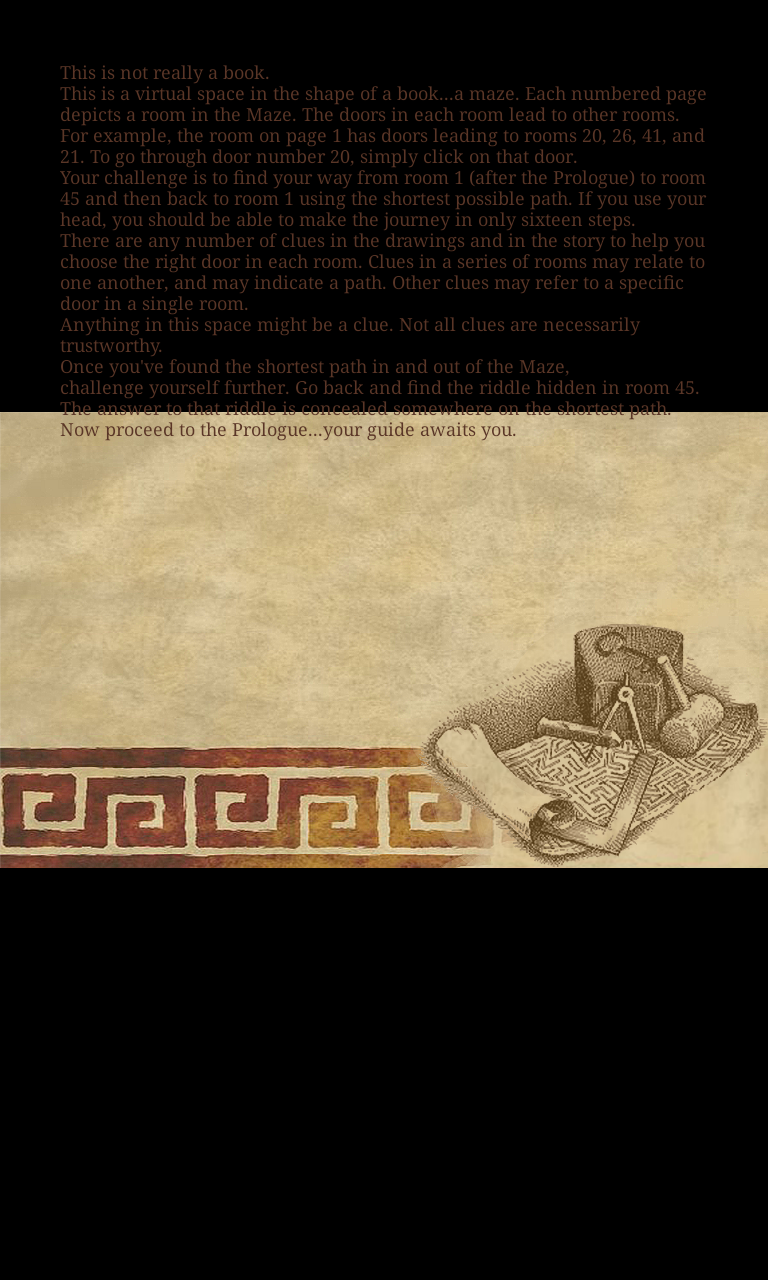
Repository: RandyLedbetter/maze
Layout: MazeTest/res/layout/activity_directions.xml
An editor plug-in stored every save of this project. The layout is shown before and after the next save, followed by the edit.
It is drawn on a 768 x 1280 px phone screen (xhdpi) without system bars, with theme android:Theme.NoTitleBar.Fullscreen; the app's code is not run.

Above is the layout before, as saved 2014-04-25 01:37:05.

### MazeTest/res/layout/activity_directions.xml
<FrameLayout xmlns:android="http://schemas.android.com/apk/res/android"
     xmlns:tools="http://schemas.android.com/tools"
	 android:id="@+id/directions_frame"
	 android:layout_width="fill_parent"
	 android:layout_height="fill_parent"
	 android:background="@color/background" >
	<ImageView
	 android:id="@+id/maze_info_background"
	 android:layout_width="fill_parent"
	 android:layout_height="fill_parent"
	 android:scaleType="fitCenter"
	 android:contentDescription="@string/directions_description"
	 android:src="@drawable/maze_info_background"
	 />

 	<TextView
 	    android:layout_width="wrap_content"
 	    android:layout_height="wrap_content"
 	    android:padding="10dp"
 	    android:paddingBottom="0dp"
 	    android:layout_margin="20dp"
 	    android:text="@string/directions"
 	    android:textColor="#5A3627"
 	    android:textSize="@dimen/directions_text_size"
 	    android:typeface="serif" />

</FrameLayout>

### MazeTest/res/values/values.xml
<?xml version="1.0" encoding="utf-8"?>
<resources>
    <color name="background">#000000</color>

</resources>

### MazeTest/res/values/strings.xml
<?xml version="1.0" encoding="utf-8"?>
<resources>

    <string name="app_name">MazeTest</string>
    <string name="action_settings">Settings</string>
    <string name="desc">Room Image</string>
    <string name="captions">Captions are not working if you see this string of text.</string>
    <string name="options_menu">Options</string>
    <string name="ok">OK</string>
    <string name="cancel">Cancel</string>
    <string name="author">Author: Christopher Manson</string>
    <string name="publisher">Publisher: Henry Holt and Company - 1985</string>
    <string name="developer1">Randy Ledbetter</string>
    <string name="developer2">Taylor Carrington</string>
    <string name="developer3">Jayd Saucedo</string>
    <string name="developers">Developers:</string>
    <string name="directions">This is not really a book.\nThis is a virtual space in the shape of a book...a maze. Each numbered page depicts a room in the Maze. The doors in each room lead to other rooms. For example, the room on page 1 has doors leading to rooms 20, 26, 41, and 21. To go through door number 20, simply click on that door.\nYour challenge is to find your way from room 1 (after the Prologue) to room 45 and then back to room 1 using the shortest possible path. If you use your head, you should be able to make the journey in only sixteen steps.\nThere are any number of clues in the drawings and in the story to help you choose the right door in each room. Clues in a series of rooms may relate to one another, and may indicate a path. Other clues may refer to a specific door in a single room.\nAnything in this space might be a clue. Not all clues are necessarily trustworthy.\nOnce you\'ve found the shortest path in and out of the Maze,\nchallenge yourself further. Go back and find the riddle hidden in room 45.\nThe answer to that riddle is concealed somewhere on the shortest path.\nNow proceed to the Prologue...your guide awaits you.\n</string>
    <string name="directions_description">This view contains directions for how to win MAZE</string>

</resources>

### MazeTest/res/values/dimens.xml
<resources>

    <!-- Default screen margins, per the Android Design guidelines. -->
    <dimen name="activity_horizontal_margin">16dp</dimen>
    <dimen name="activity_vertical_margin">16dp</dimen>
    <dimen name="font_size">12sp</dimen>
    <dimen name="captions_left_margin">140dp</dimen>
    <dimen name="captions_right_margin">50dp</dimen>
    <dimen name="captions_bottom_margin">30dp</dimen>
    <dimen name="captions_height">55dp</dimen>
    <dimen name="dashboard_btn_padding_right">40dp</dimen>
    <dimen name="dashboard_btn_text_size">18sp</dimen>
    <dimen name="directions_text_size">9sp</dimen>

</resources>

After the next save:
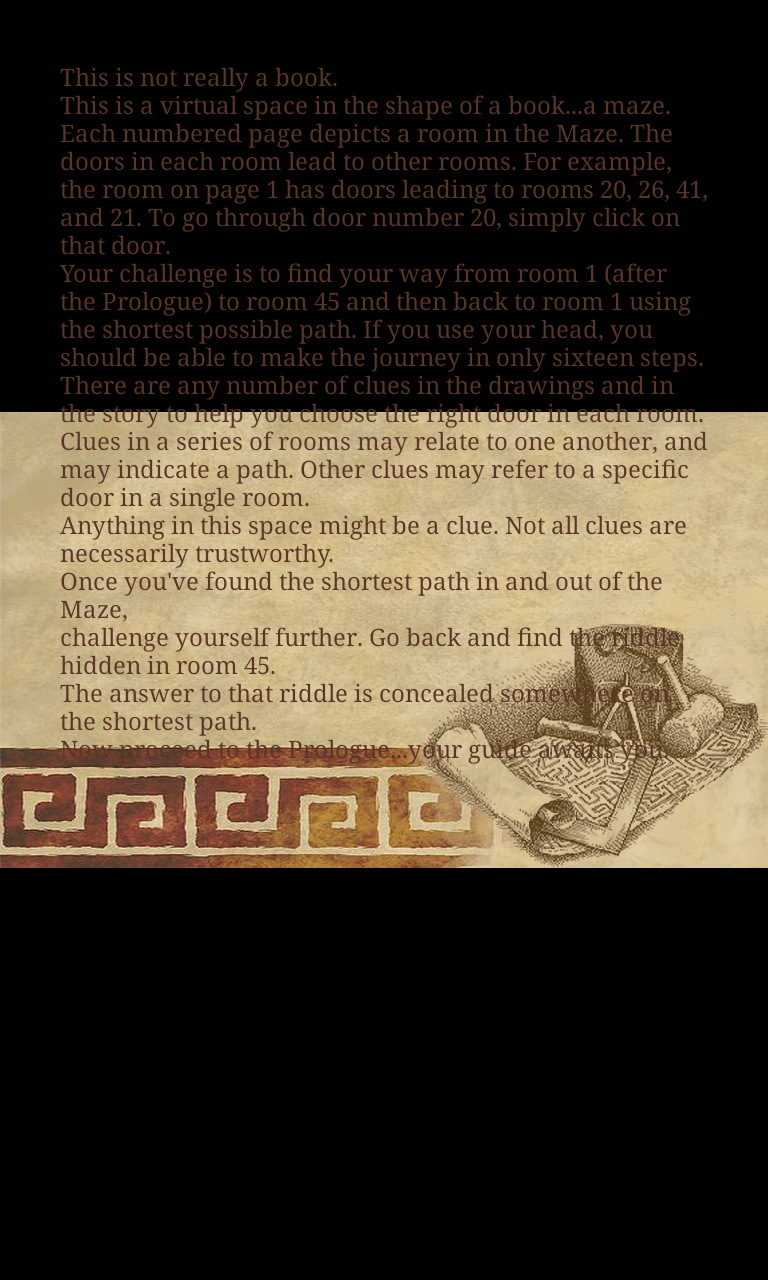
Saved 38 s later.
--- a/MazeTest/res/values/dimens.xml
+++ b/MazeTest/res/values/dimens.xml
@@ -10,6 +10,6 @@
     <dimen name="captions_height">55dp</dimen>
     <dimen name="dashboard_btn_padding_right">40dp</dimen>
     <dimen name="dashboard_btn_text_size">18sp</dimen>
-    <dimen name="directions_text_size">9sp</dimen>
+    <dimen name="directions_text_size">12sp</dimen>
 
 </resources>
